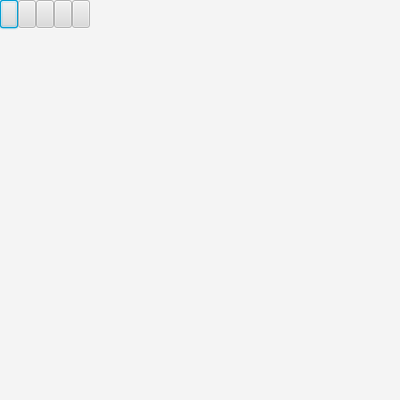
Repository: Lejtek/Java_Der_umfassende_Java_Einsteigerkurs
Program's window: java WidgetShortcut/src/application/Main.java
These files come from the project's save history. The program's window is drawn as it stood at one moment and after the next save; the edit follows.
It runs on Java 21 on a 1366 x 768 screen with JavaFX 11; the title bar is not drawn.

Above is the program's window before, as saved 2022-04-25 18:49:36.

### WidgetShortcut/src/application/Main.java
package application;

import javafx.application.Application;
import javafx.stage.Stage;
import javafx.scene.Scene;
import javafx.scene.control.Button;
import javafx.scene.layout.HBox;

public class Main extends Application {
	@Override
	public void start(Stage primaryStage) {
		try {
		    // Root Node - Layout der Szene
			HBox root = new HBox();

			// Elemente erstellen wie Button etc.
			Button button1 = new Button();
			Button button2 = new Button();
			Button button3 = new Button();
            Button button4 = new Button();
            Button button5 = new Button();

			// Elemente zum Root Node hinzufügen
            root.getChildren().add(button1);
            root.getChildren().add(button2);
            root.getChildren().add(button3);
            root.getChildren().add(button4);
            root.getChildren().add(button5);

			Scene scene = new Scene(root,400,400);
			scene.getStylesheets().add(getClass().getResource("application.css").toExternalForm());
			primaryStage.setScene(scene);
			primaryStage.show();
		} catch(Exception e) {
			e.printStackTrace();
		}
	}

	public static void main(String[] args) {
		launch(args);
	}
}

Loaded but not shown: WidgetShortcut/src/application/application.css (common file)

After the next save:
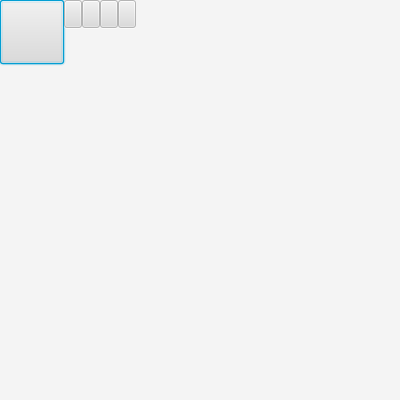
Saved 75 s later.
--- a/WidgetShortcut/src/application/Main.java
+++ b/WidgetShortcut/src/application/Main.java
@@ -20,6 +20,8 @@
             Button button4 = new Button();
             Button button5 = new Button();
 
+            button1.setPrefSize(64.0, 64.0);
+
 			// Elemente zum Root Node hinzufügen
             root.getChildren().add(button1);
             root.getChildren().add(button2);
